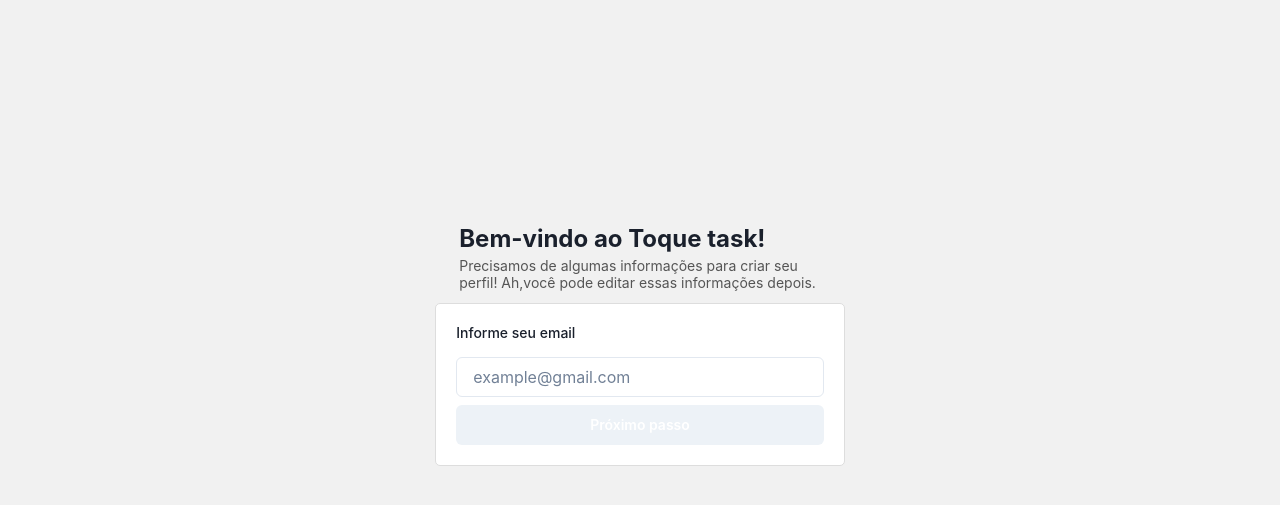
Repository: jorgelucasjs/chakra-ui-doc
Page: /
The author's editor kept a copy of each file at every save. The page is drawn from the files as they stood at one save, then again after a run of saves.
The browser window is 1280 px wide. The pictures show the whole page.
The project was rebuilt for these pictures with package versions that can differ from the ones it lists, and the page was loaded fresh each time.

Above is the page before, as saved 2023-01-06 14:33:19.

After the next 2 saves:
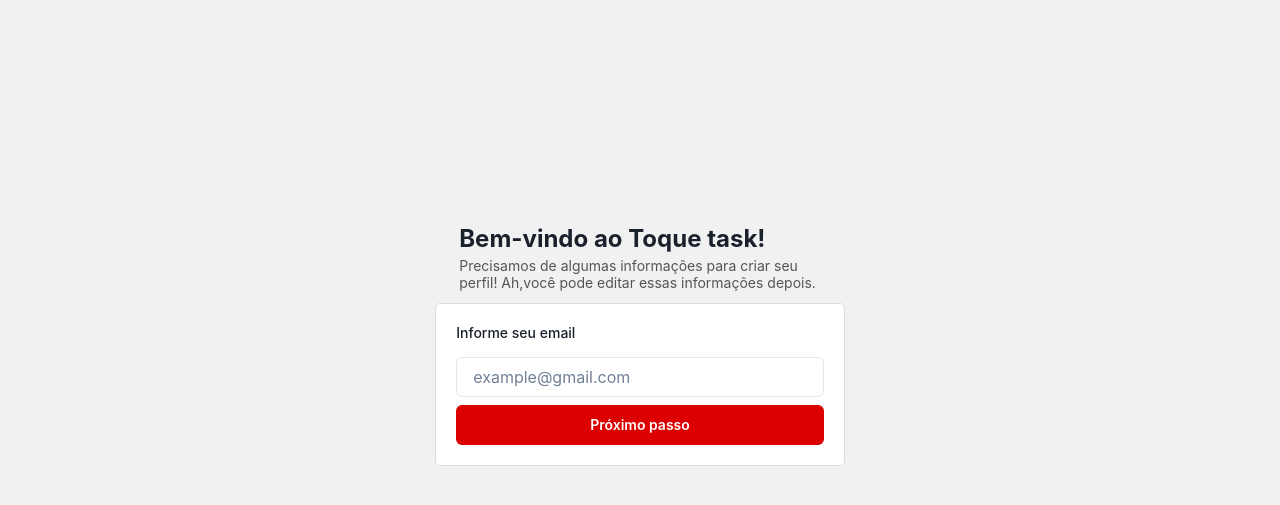
The 2 saves are shown as one change because they came seconds apart.
The last was saved 8 s later.
--- a/src/pages/index.tsx
+++ b/src/pages/index.tsx
@@ -26,7 +26,7 @@
 						<Button
 							w={'100%'}
 							mt={2}
-							bac
+							background='#DD0000'
 							color='#fff'
 							fontSize='14'
 						>Próximo passo </Button>
